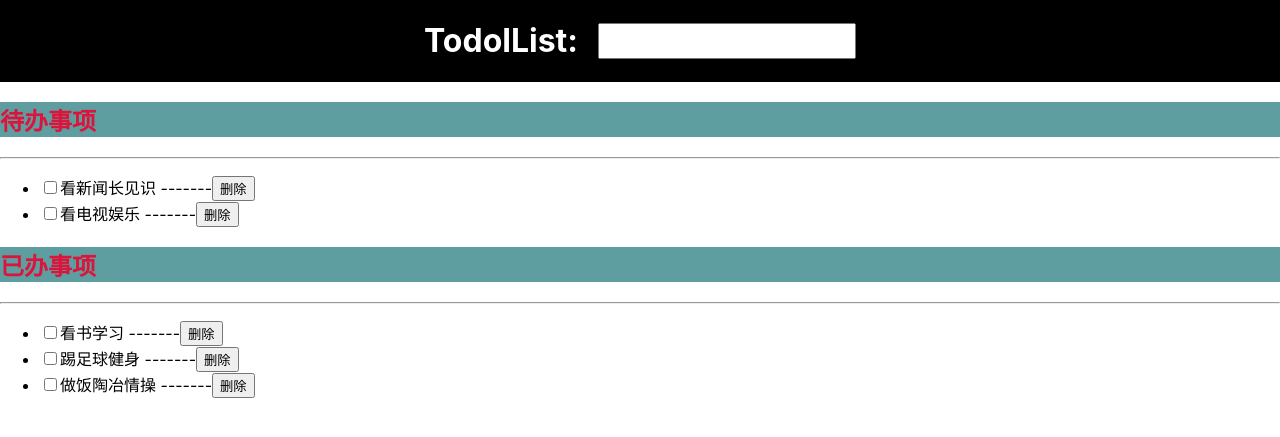
Repository: zhenzhen-gong/react-learning
Page: /user/set
The author's editor kept a copy of each file at every save. The page is drawn from the files as they stood at one save, then again after the next save.
The browser window is 1280 px wide. The pictures show the whole page.
The project was rebuilt for these pictures with package versions that can differ from the ones it lists, and the page was loaded fresh each time.

Above is the page before, as saved 2021-04-16 22:21:49.

After the next save:
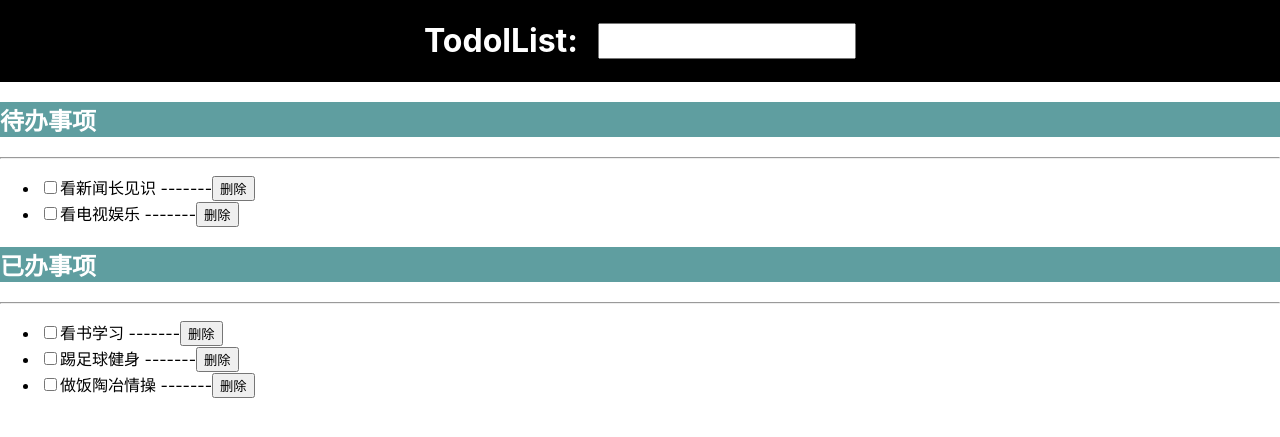
Saved 3 min 2 s later.
--- a/src/component/todolList/todolList.less
+++ b/src/component/todolList/todolList.less
@@ -1,4 +1,4 @@
 h2 {
     background-color: cadetblue;
-    color: crimson;
+    color: #fff;
 }
